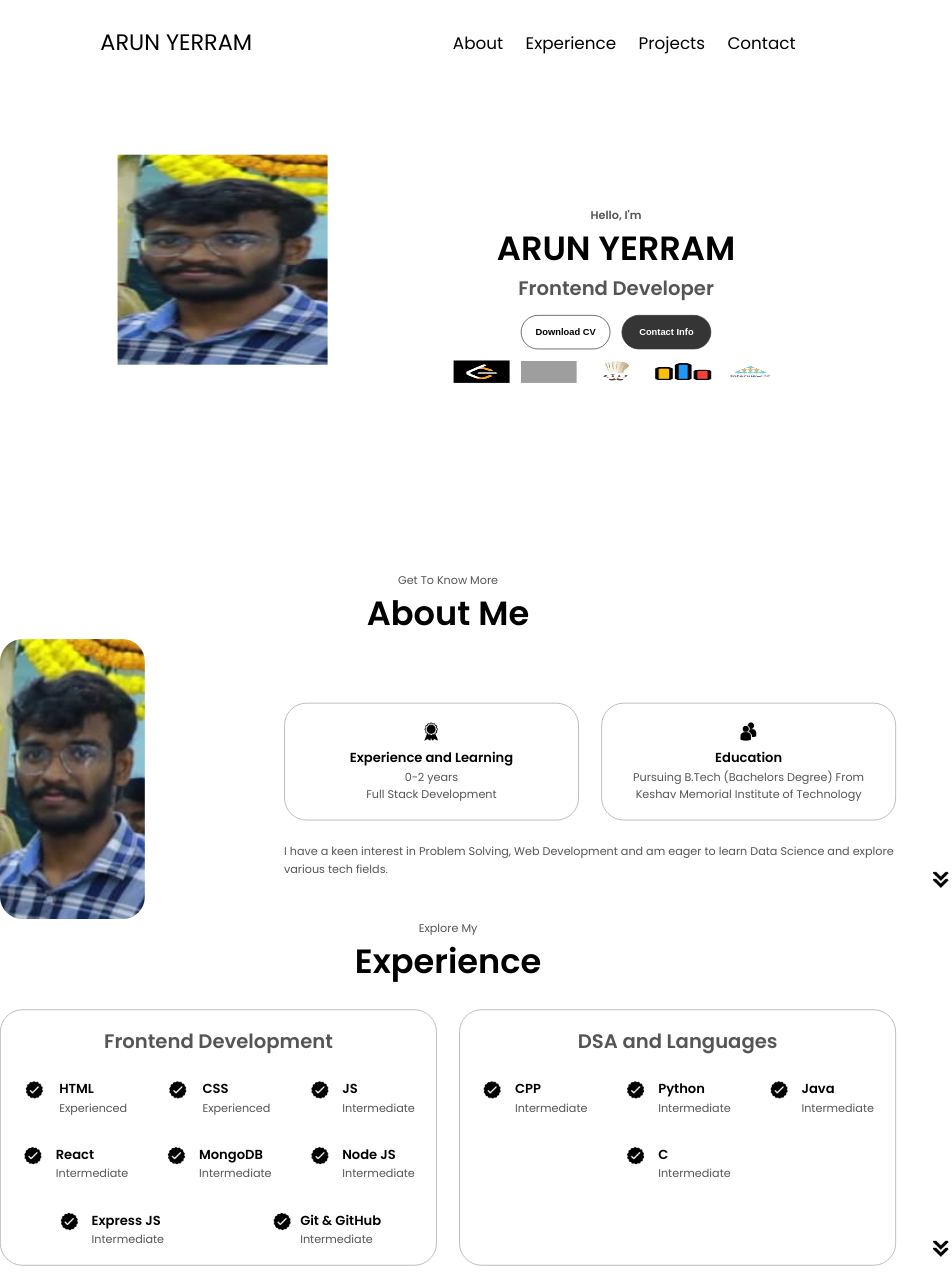
Repository: ARUN-YERRAM/ARUN-YERRAM-PORTFOLIO
Page: portfolio/index.html
An editor plug-in stored every save of this project. The page is shown before and after the next save, followed by the edit.
The browser window is 1280 px wide. The page is 1360 px wide, so the pictures cover 1360 px, including what lies to the right of the window. The pictures show the part of the page from y = 0 to 1840 px (the page is 3129 px tall), at 70% of full size.
Pictures or frames that could not be fetched are drawn as grey boxes.

Above is the page before, as saved 2024-07-07 04:45:31.

### portfolio/index.html
<!DOCTYPE html>
<html lang="en">
<head>
  <meta charset="UTF-8" />
  <meta http-equiv="X-UA-Compatible" content="IE=edge" />
  <meta name="viewport" content="width=device-width, initial-scale=1.0" />
  <title>My Portfolio</title>
  <link rel="stylesheet" href="style.css" />
  <link rel="stylesheet" href="mediaqueries.css" />
</head>
<body>
  <nav id="desktop-nav">
    <div class="logo">ARUN YERRAM</div>
    <div>
      <ul class="nav-links">
        <li><a href="#about">About</a></li>
        <li><a href="#experience">Experience</a></li>
        <li><a href="#projects">Projects</a></li>
        <li><a href="#contact">Contact</a></li>
      </ul>
    </div>
  </nav>
  <nav id="hamburger-nav">
    <div class="logo">ARUN YERRAM</div>
    <div class="hamburger-menu">
      <div class="hamburger-icon" onclick="toggleMenu()">
        <span></span>
        <span></span>
        <span></span>
      </div>
      <div class="menu-links">
        <li><a href="#about" onclick="toggleMenu()">About</a></li>
        <li><a href="#experience" onclick="toggleMenu()">Experience</a></li>
        <li><a href="#projects" onclick="toggleMenu()">Projects</a></li>
        <li><a href="#contact" onclick="toggleMenu()">Contact</a></li>
      </div>
    </div>
  </nav>
  <section id="profile">
    <div class="section__pic-container">
      <img src="./assets/Photo1.jpg" alt="John Doe profile picture" width="300px" height="300px" />
    </div>
    <div class="section__text">
      <p class="section__text__p1">Hello, I'm</p>
      <h1 class="title">ARUN YERRAM</h1>
      <p class="section__text__p2">Frontend Developer</p>
      <div class="btn-container">
        <button class="btn btn-color-2" onclick="window.open('./assets/My_Resume.pdf')">Download CV</button>
        <button class="btn btn-color-1" onclick="location.href='./#contact'">Contact Info</button>
      </div>
      <div id="socials-container">

        <img src="./assets/leetcode.png" alt="My Leetcode profile" class="icon" onclick="window.open('https://leetcode.com/u/arun_2005/', '_blank')" width="80px"/>
        <img src="./assets/GFG.jpeg" alt="My GFG profile" class="icon" width="80px" onclick="window.open('https://www.geeksforgeeks.org/user/arunyerram/?utm_source=geeksforgeeks&utm_medium=my_profile&utm_campaign=auth_user', '_blank')" />
        <img src="./assets/CodeChef.jpeg" alt="My CodeChef profile" class="icon" onclick="window.open('https://www.codechef.com/users/yarun2k05', '_blank')" width="80px"/>
        <img src="./assets/Codeforces.png" alt="My CodeForces profile" class="icon" width="80px"onclick="window.open('https://codeforces.com/profile/Arunyerram_12', '_blank')" />
        <img src="./assets/IB.png" alt="My InterviewBit profile" class="icon" width="80px" onclick="window.open('https://www.interviewbit.com/profile/yerram-arun/', '_blank')" />
      </div>
    </div>
  </section>
  <section id="about">
    <p class="section__text__p1">Get To Know More</p>
    <h1 class="title">About Me</h1>
    <div class="section-container">
      <div class="section__pic-container">
        <img src="./assets/Photo1.jpg" alt="Profile picture" class="about-pic" />
      </div>
      <div class="about-details-container">
        <div class="about-containers">
          <div class="details-container">
            <img src="./assets/experience.png" alt="Experience icon" class="icon" />
            <h3>Experience and Learning</h3>
            <p>0-2 years <br />Full Stack Development</p>
          </div>
          <div class="details-container">
            <img src="./assets/education.png" alt="Education icon" class="icon" />
            <h3>Education</h3>
            <p>Pursuing B.Tech (Bachelors Degree) From Keshav Memorial Institute of Technology <br /></p>
          </div>
        </div>
        <div class="text-container">
          <p>I have a keen interest in Problem Solving, Web Development and am eager to learn Data Science and explore various tech fields.</p>
        </div>
      </div>
    </div>
    <img src="./assets/arrow.png" alt="Arrow icon" class="icon arrow" onclick="location.href='./#experience'" />
  </section>
  <section id="experience">
    <p class="section__text__p1">Explore My</p>
    <h1 class="title">Experience</h1>
    <div class="experience-details-container">
      <div class="about-containers">
        <div class="details-container">
          <h2 class="experience-sub-title">Frontend Development</h2>
          <div class="article-container">
            <article>
              <img src="./assets/checkmark.png" alt="Experience icon" class="icon" />
              <div>
                <h3>HTML</h3>
                <p>Experienced</p>
              </div>
            </article>

            <article>
              <img src="./assets/checkmark.png" alt="Experience icon" class="icon" />
              <div>
                <h3>CSS</h3>
                <p>Experienced</p>
              </div>
            </article>

            <article>
              <img src="./assets/checkmark.png" alt="Experience icon" class="icon" />
              <div>
                <h3>JS</h3>
                <p>Intermediate</p>
              </div>
            </article>

            <article>
              <img src="./assets/checkmark.png" alt="Experience icon" class="icon" />
              <div>
                <h3>React</h3>
                <p>Intermediate</p>
              </div>
            </article>

            <article>
              <img src="./assets/checkmark.png" alt="Experience icon" class="icon" />
              <div>
                <h3>MongoDB</h3>
                <p>Intermediate</p>
              </div>
            </article>

            <article>
              <img src="./assets/checkmark.png" alt="Experience icon" class="icon" />
              <div>
                <h3>Node JS</h3>
                <p>Intermediate</p>
              </div>
            </article>

            <article>
              <img src="./assets/checkmark.png" alt="Experience icon" class="icon" />
              <div>
                <h3>Express JS</h3>
                <p>Intermediate</p>
              </div>
            </article>

            <article>
              <img src="./assets/checkmark.png" alt="Experience icon" class="icon" />
              <div>
                <h3>Git & GitHub</h3>
                <p>Intermediate</p>
              </div>
            </article>

          </div>
        </div>
        <div class="details-container">
          <h2 class="experience-sub-title">DSA and Languages</h2>
          <div class="article-container">
            <article>
              <img src="./assets/checkmark.png" alt="Experience icon" class="icon" />
              <div>
                <h3>CPP</h3>
                <p>Intermediate</p>
              </div>
            </article>
            <article>
              <img src="./assets/checkmark.png" alt="Experience icon" class="icon" />
              <div>
                <h3>Python</h3>
                <p>Intermediate</p>
              </div>
            </article>

            <article>
              <img src="./assets/checkmark.png" alt="Experience icon" class="icon" />
              <div>
                <h3>Java</h3>
                <p>Intermediate</p>
              </div>
            </article>

            <article>
              <img src="./assets/checkmark.png" alt="Experience icon" class="icon" />
              <div>
                <h3>C</h3>
                <p>Intermediate</p>
              </div>
            </article>
          </div>
        </div>
      </div>
    </div>
    <img src="./assets/arrow.png" alt="Arrow icon" class="icon arrow" onclick="location.href='./#projects'" />
  </section>
  <section id="projects">
    <p class="section__text__p1">Browse My Recent</p>
    <h1 class="title">Projects</h1>
    <div class="experience-details-container">
      <div class="about-containers">
        <div class="details-container color-container">
          <div class="article-container">
            <img src="./assets/P1.png" alt="Project 1" class="project-img" />
          </div>
          <h2 class="experience-sub-title project-title">NYAAYSAHAAYAK</h2>
          <div class="btn-container">
            <button class="btn btn-color-2 project-btn" onclick="location.href='https://github.com/ARUN-YERRAM/NYAAYSAHAAYAK'">GitHub</button>
            <button class="btn btn-color-2 project-btn" onclick="location.href=''">Live Demo</button>
          </div>
        </div>
        <div class="details-container color-container">
          <div class="article-container">
            <img src="./assets/project-2.png" alt="Project 2" class="project-img" />
          </div>
          <h2 class="experience-sub-title project-title">LecturesCheck</h2>
          <div class="btn-container">
            <button class="btn btn-color-2 project-btn" onclick="location.href='https://github.com/ARUN-YERRAM/LecturesCheck'">GitHub</button>
            <button class="btn btn-color-2 project-btn" onclick="location.href=''">Live Demo</button>
          </div>
        </div>
      </div>
    </div>
    <img src="./assets/arrow.png" alt="Arrow icon" class="icon arrow" onclick="location.href='./#contact'" />
  </section>
  <section id="contact">
    <p class="section__text__p1">Get in Touch</p>
    <h1 class="title">Contact Me</h1>
    <div class="contact-info-upper-container">
      <div class="contact-info-container">
        <img src="./assets/email.png" alt="Email icon" class="icon contact-icon email-icon" />
        <p><a href="mailto:arunyerram12022005@gmail.com">arunyerram12022005@gmail.com</a></p>
      </div>
      <div class="contact-info-container">
        <img src="./assets/linkedin.png" alt="LinkedIn icon" class="icon contact-icon" />
        <p><a href="https://www.linkedin.com/in/arun-yerram/">LinkedIn</a></p>
      </div>
    </div>
  </section>
  <footer>
    <nav>
      <div class="nav-links-container">
        <ul class="nav-links">
          <li><a href="#about">About</a></li>
          <li><a href="#experience">Experience</a></li>
          <li><a href="#projects">Projects</a></li>
          <li><a href="#contact">Contact</a></li>
        </ul>
      </div>
    </nav>
    <p>Copyright &#169; 2024 Arun Yerram. All Rights Reserved.</p>
  </footer>
  <script src="script.js"></script>
</body>
</html>

### portfolio/style.css
/* GENERAL */

@import url("https://fonts.googleapis.com/css2?family=Poppins:wght@300;400;500;600&display=swap");

* {
  margin: 0;
  padding: 0;
}

body {
  font-family: "Poppins", sans-serif;
}

html {
  scroll-behavior: smooth;
}

p {
  color: rgb(85, 85, 85);
}

/* TRANSITION */

a,
.btn {
  transition: all 300ms ease;
}


/* DESKTOP NAV */

nav,
.nav-links {
  display: flex;
}

nav {
  justify-content: space-around;
  align-items: center;
  height: 17vh;
}

.nav-links {
  gap: 2rem;
  list-style: none;
  font-size: 1.5rem;
}

a {
  color: black;
  text-decoration: none;
  text-decoration-color: white;
}

a:hover {
  color: grey;
  text-decoration: underline;
  text-underline-offset: 1rem;
  text-decoration-color: rgb(181, 181, 181);
}

.logo {
  font-size: 2rem;
}

.logo:hover {
  cursor: default;
}

/* HAMBURGER MENU */

#hamburger-nav {
  display: none;
}

.hamburger-menu {
  position: relative;
  display: inline-block;
}

.hamburger-icon {
  display: flex;
  flex-direction: column;
  justify-content: space-between;
  height: 24px;
  width: 30px;
  cursor: pointer;
}

.hamburger-icon span {
  width: 100%;
  height: 2px;
  background-color: black;
  transition: all 0.3 ease-in-out;
}

.menu-links {
  position: absolute;
  top: 100%;
  right: 0;
  background-color: white;
  width: fit-content;
  max-height: 0;
  overflow: hidden;
  transition: all 0.3 ease-in-out;
}

.menu-links a {
  display: block;
  padding: 10px;
  text-align: center;
  font-size: 1.5rem;
  color: black;
  text-decoration: none;
  transition: all 0.3 ease-in-out;
}

.menu-links li {
  list-style: none;
}

.menu-links.open {
  max-height: 300px;
}

.hamburger-icon.open span:first-child {
  transform: rotate(45deg) translate(10px, 5px);
}

.hamburger-icon.open span:nth-child(2) {
  opacity: 0;
}

.hamburger-icon.open span:last-child {
  transform: rotate(-45deg) translate(10px, -5px);
}

.hamburger-icon span:first-child {
  transform: none;
}

.hamburger-icon span:first-child {
  opacity: 1;
}

.hamburger-icon span:first-child {
  transform: none;
}


'.icon {
  width: 40px;
  height: 40px;
  margin: 0 10px;
  cursor: pointer;
}

#socials-container {
  display: flex;
  align-items: center;
  justify-content: center;
  margin-top: 20px;
}
'

/* SECTIONS */

section {
  padding-top: 4vh;
  height: 96vh;
  margin: 0 10rem;
  box-sizing: border-box;
  min-height: fit-content;
}

.section-container {
  display: flex;
}

/* PROFILE SECTION */

#profile {
  display: flex;
  justify-content: center;
  gap: 5rem;
  height: 80vh;
}

.section__pic-container {
  display: flex;
  height: 400px;
  width: 400px;
  margin: auto 0;
}

.section__text {
  align-self: center;
  text-align: center;
}

.section__text p {
  font-weight: 600;
}

.section__text__p1 {
  text-align: center;
}

.section__text__p2 {
  font-size: 1.75rem;
  margin-bottom: 1rem;
}

.title {
  font-size: 3rem;
  text-align: center;
}

#socials-container {
  display: flex;
  justify-content: center;
  margin-top: 1rem;
  gap: 1rem;
}

/* ICONS */

.icon {
  cursor: pointer;
  height: 2rem;
}

/* BUTTONS */

.btn-container {
  display: flex;
  justify-content: center;
  gap: 1rem;
}

.btn {
  font-weight: 600;
  transition: all 300ms ease;
  padding: 1rem;
  width: 8rem;
  border-radius: 2rem;
}

.btn-color-1,
.btn-color-2 {
  border: rgb(53, 53, 53) 0.1rem solid;
}

.btn-color-1:hover,
.btn-color-2:hover {
  cursor: pointer;
}

.btn-color-1,
.btn-color-2:hover {
  background: rgb(53, 53, 53);
  color: white;
}

.btn-color-1:hover {
  background: rgb(0, 0, 0);
}

.btn-color-2 {
  background: none;
}

.btn-color-2:hover {
  border: rgb(255, 255, 255) 0.1rem solid;
}

.btn-container {
  gap: 1rem;
}

/* ABOUT SECTION */

#about {
  position: relative;
}

.about-containers {
  gap: 2rem;
  margin-bottom: 2rem;
  margin-top: 2rem;
}

.about-details-container {
  justify-content: center;
  flex-direction: column;
}

.about-containers,
.about-details-container {
  display: flex;
}

.about-pic {
  border-radius: 2rem;
}

.arrow {
  position: absolute;
  right: -5rem;
  bottom: 2.5rem;
}

.details-container {
  padding: 1.5rem;
  flex: 1;
  background: white;
  border-radius: 2rem;
  border: rgb(53, 53, 53) 0.1rem solid;
  border-color: rgb(163, 163, 163);
  text-align: center;
}

.section-container {
  gap: 4rem;
  height: 80%;
}

.section__pic-container {
  height: 400px;
  width: 400px;
  margin: auto 0;
}

/* EXPERIENCE SECTION */

#experience {
  position: relative;
}

.experience-sub-title {
  color: rgb(85, 85, 85);
  font-weight: 600;
  font-size: 1.75rem;
  margin-bottom: 2rem;
}

.experience-details-container {
  display: flex;
  justify-content: center;
  flex-direction: column;
}

.article-container {
  display: flex;
  text-align: initial;
  flex-wrap: wrap;
  flex-direction: row;
  gap: 2.5rem;
  justify-content: space-around;
}

article {
  display: flex;
  width: 10rem;
  justify-content: space-around;
  gap: 0.5rem;
}

article .icon {
  cursor: default;
}

/* PROJECTS SECTION */

#projects {
  position: relative;
}

.color-container {
  border-color: rgb(163, 163, 163);
  background: rgb(250, 250, 250);
}

.project-img {
  border-radius: 2rem;
  width: 90%;
  height: 90%;
}

.project-title {
  margin: 1rem;
  color: black;
}

.project-btn {
  color: black;
  border-color: rgb(163, 163, 163);
}

/* CONTACT */

#contact {
  display: flex;
  justify-content: center;
  flex-direction: column;
  height: 70vh;
}

.contact-info-upper-container {
  display: flex;
  justify-content: center;
  border-radius: 2rem;
  border: rgb(53, 53, 53) 0.1rem solid;
  border-color: rgb(163, 163, 163);
  background: (250, 250, 250);
  margin: 2rem auto;
  padding: 0.5rem;
}

.contact-info-container {
  display: flex;
  align-items: center;
  justify-content: center;
  gap: 0.5rem;
  margin: 1rem;
}

.contact-info-container p {
  font-size: larger;
}

.contact-icon {
  cursor: default;
}

.email-icon {
  height: 2.5rem;
}

/* FOOTER SECTION */

footer {
  height: 26vh;
  margin: 0 1rem;
}

footer p {
  text-align: center;
}

### portfolio/mediaqueries.css
@media screen and (max-width: 1400px) {
  #profile {
    height: 83vh;
    margin-bottom: 6rem;
  }
  .about-containers {
    flex-wrap: wrap;
  }
  #contact,
  #projects {
    height: fit-content;
  }
}

@media screen and (max-width: 1200px) {
  #desktop-nav {
    display: none;
  }
  #hamburger-nav {
    display: flex;
  }
  #experience,
  .experience-details-container {
    margin-top: 2rem;
  }
  #profile,
  .section-container {
    display: block;
  }
  .arrow {
    display: none;
  }
  section,
  .section-container {
    height: fit-content;
  }
  section {
    margin: 0 5%;
  }
  .section__pic-container {
    width: 275px;
    height: 275px;
    margin: 0 auto 2rem;
  }
  .about-containers {
    margin-top: 0;
  }
}

@media screen and (max-width: 600px) {
  #contact,
  footer {
    height: 40vh;
  }
  #profile {
    height: 83vh;
    margin-bottom: 0;
  }
  article {
    font-size: 1rem;
  }
  footer nav {
    height: fit-content;
    margin-bottom: 2rem;
  }
  .about-containers,
  .contact-info-upper-container,
  .btn-container {
    flex-wrap: wrap;
  }
  .contact-info-container {
    margin: 0;
  }
  .contact-info-container p,
  .nav-links li a {
    font-size: 1rem;
  }
  .experience-sub-title {
    font-size: 1.25rem;
  }
  .logo {
    font-size: 1.5rem;
  }
  .nav-links {
    flex-direction: column;
    gap: 0.5rem;
    text-align: center;
  }
  .section__pic-container {
    width: auto;
    height: 46vw;
    justify-content: center;
  }
  .section__text__p2 {
    font-size: 1.25rem;
  }
  .title {
    font-size: 2rem;
  }
  .text-container {
    text-align: justify;
  }
}

Loaded but not shown: portfolio/script.js (common file)

After the next save:
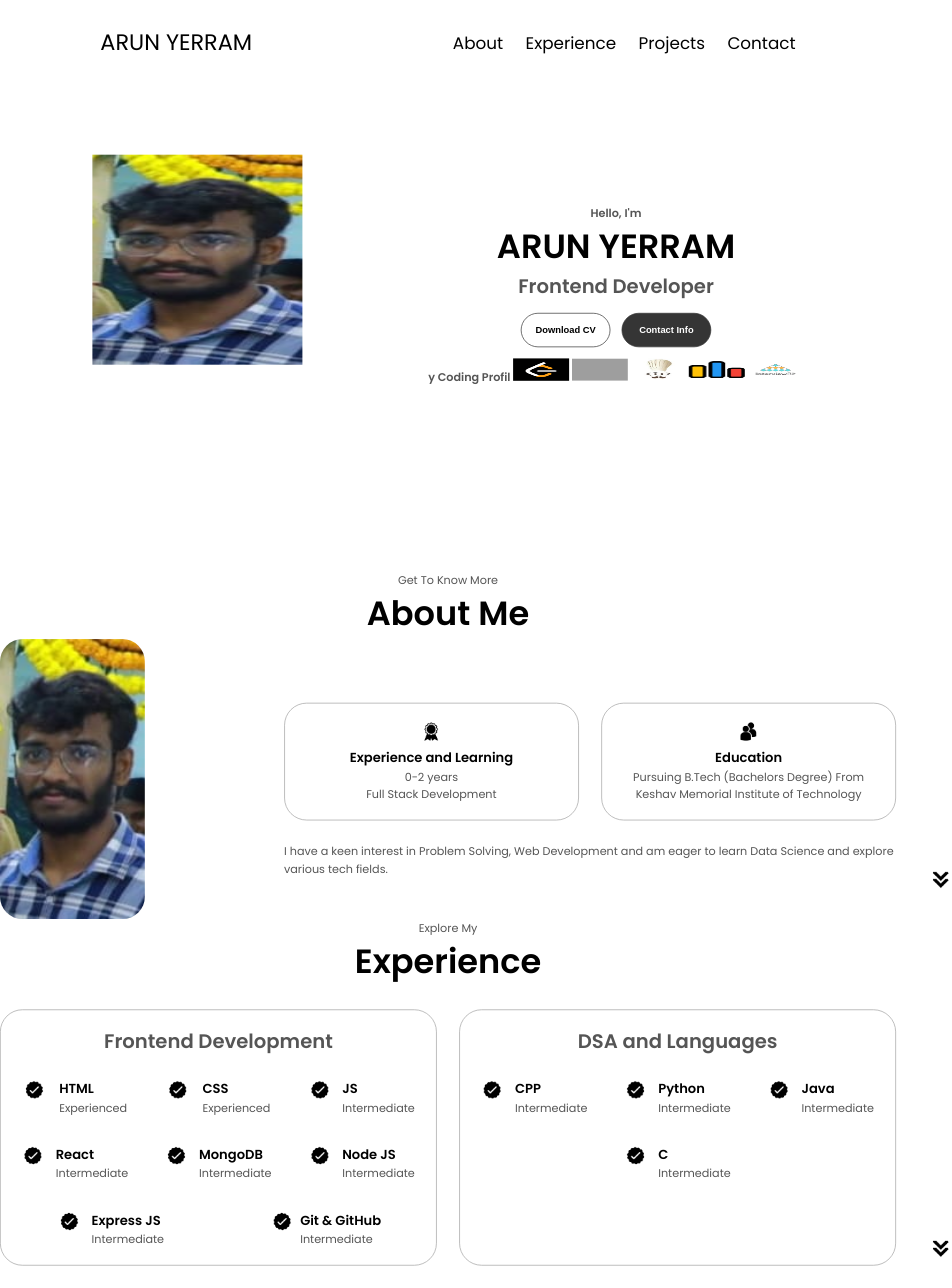
Saved 9 s later.
--- a/portfolio/index.html
+++ b/portfolio/index.html
@@ -49,7 +49,7 @@
         <button class="btn btn-color-1" onclick="location.href='./#contact'">Contact Info</button>
       </div>
       <div id="socials-container">
-
+        <p> y Coding Profil
         <img src="./assets/leetcode.png" alt="My Leetcode profile" class="icon" onclick="window.open('https://leetcode.com/u/arun_2005/', '_blank')" width="80px"/>
         <img src="./assets/GFG.jpeg" alt="My GFG profile" class="icon" width="80px" onclick="window.open('https://www.geeksforgeeks.org/user/arunyerram/?utm_source=geeksforgeeks&utm_medium=my_profile&utm_campaign=auth_user', '_blank')" />
         <img src="./assets/CodeChef.jpeg" alt="My CodeChef profile" class="icon" onclick="window.open('https://www.codechef.com/users/yarun2k05', '_blank')" width="80px"/>
